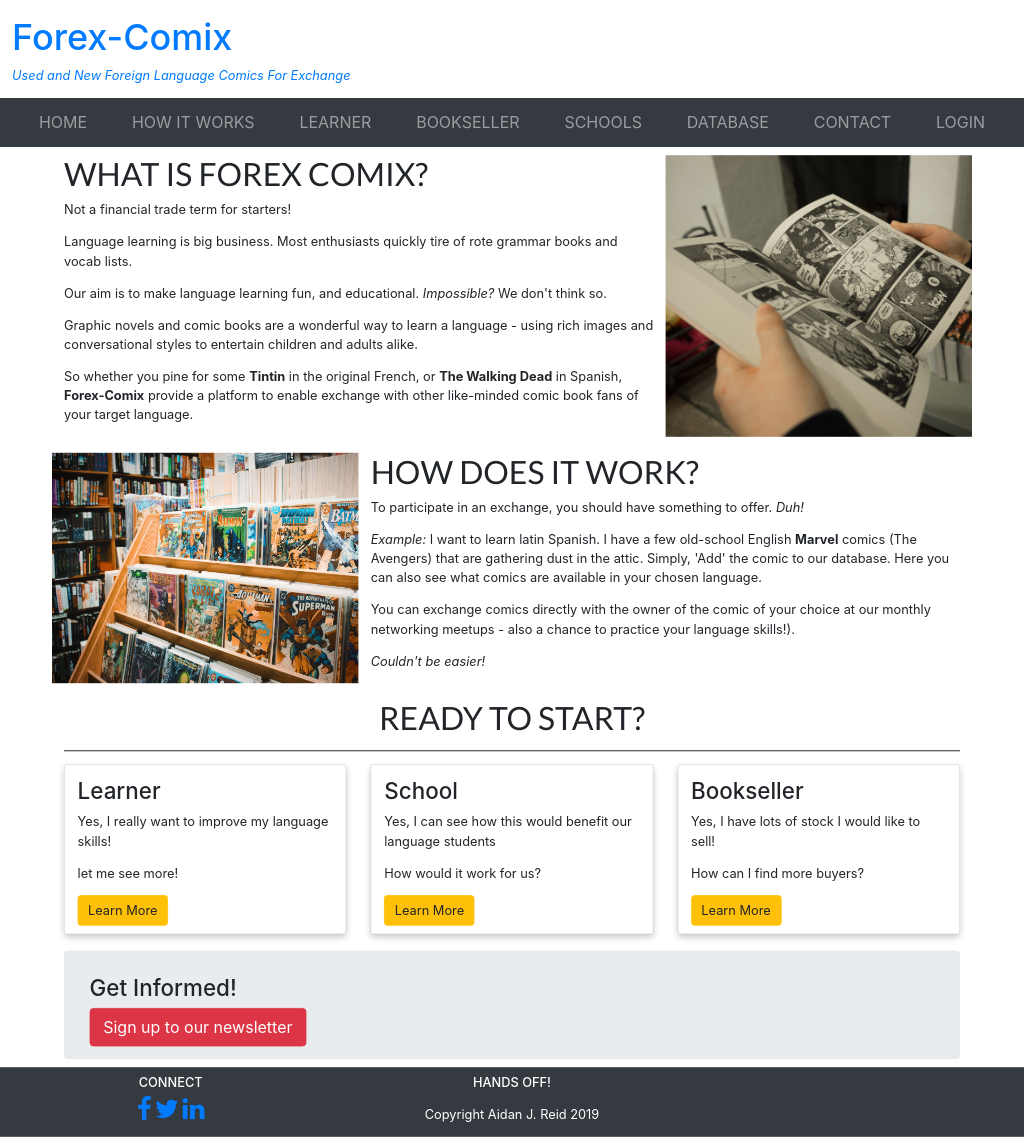
Repository: AidanJReid/Forex-Comix
Page: index.html
The author's editor kept a record of every edit. The page is drawn from the files as they stood at one moment, then again after the next edit.
The browser window is 1280 px wide. The pictures show the whole page, at 80% of full size.

Above is the page before.

After the next edit:
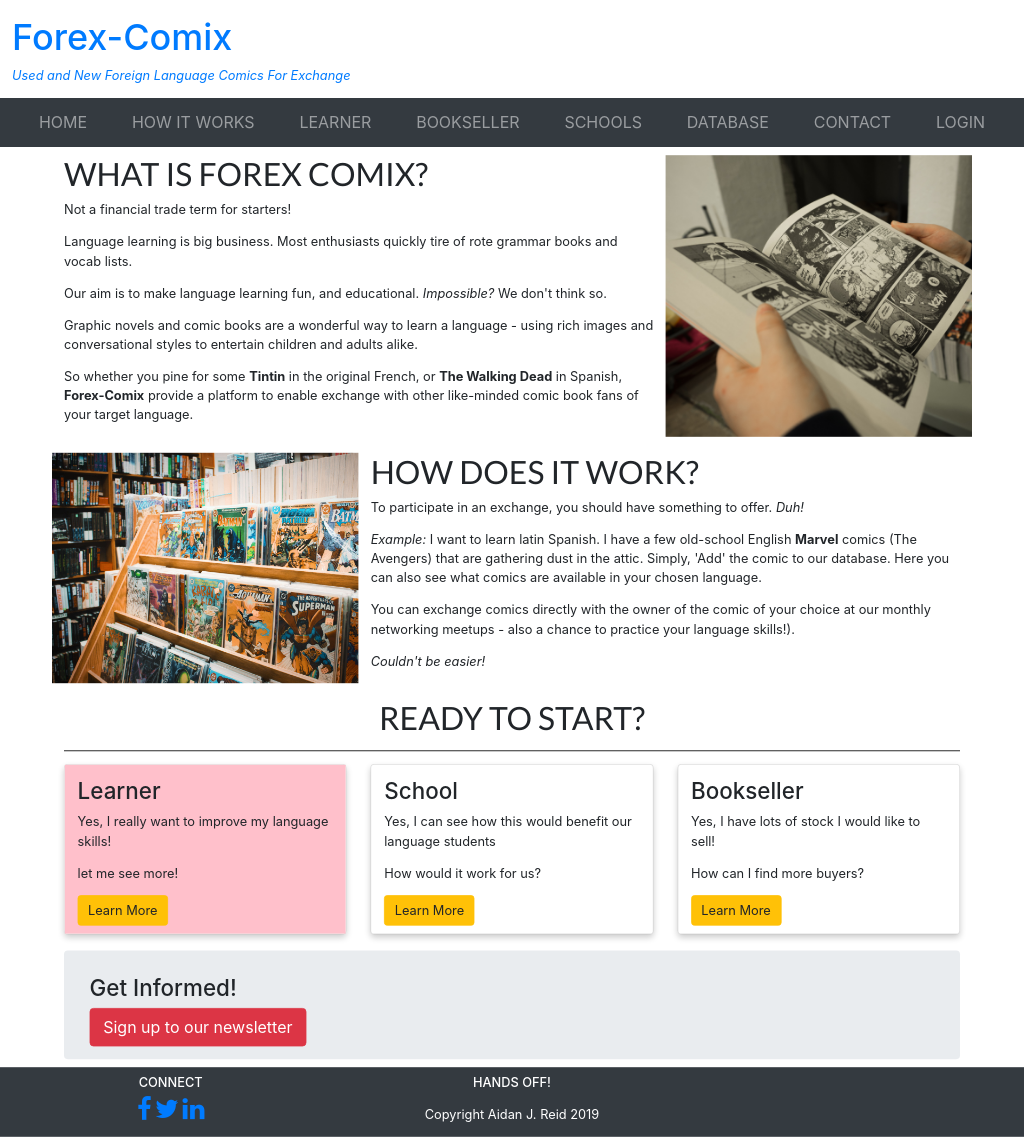
The edit:
--- a/index.html
+++ b/index.html
@@ -107,7 +107,7 @@
             <div class="row">
                 <div class="col-md-4">
                     <div class="card">
-                        <div class="container-item">
+                        <div class="container-item" id="learner">
                             <h3>Learner</h3>
                             <p>Yes, I really want to improve my language skills!</p>
                             <p>let me see more!</p>
